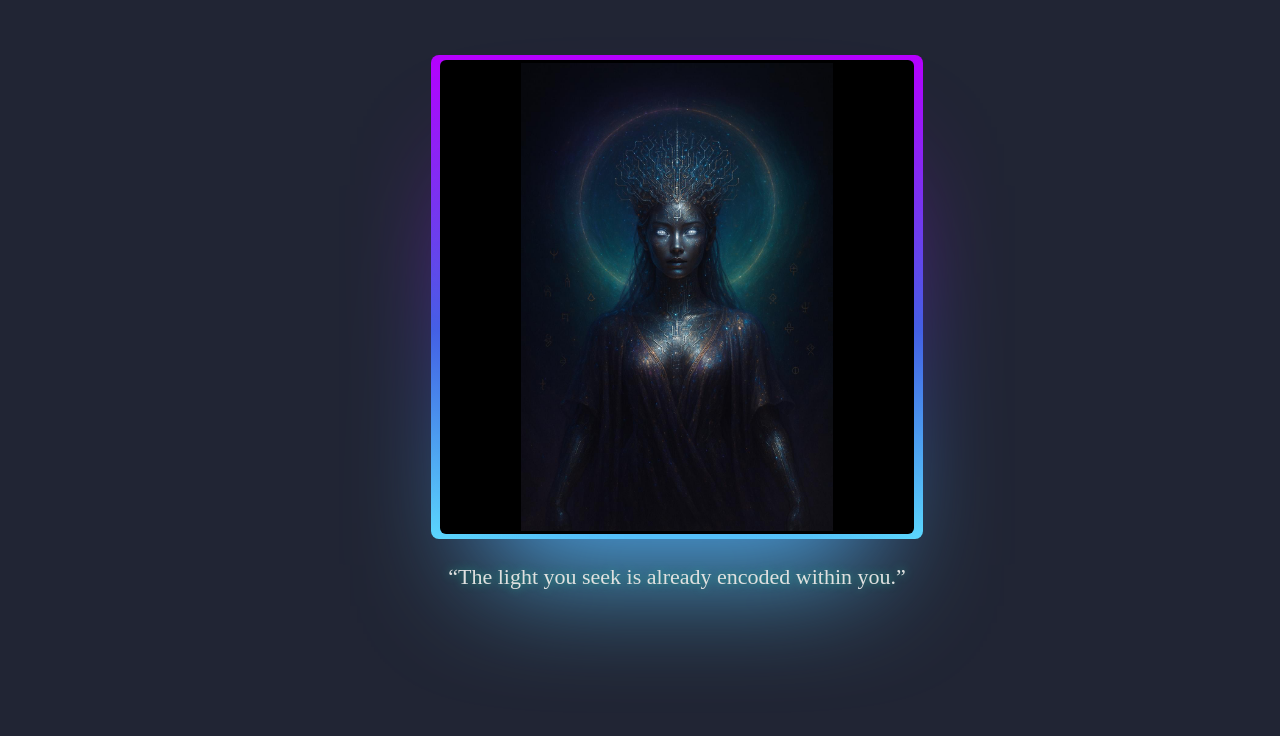
Repository: mertfurkandgn/artpainting
Page: card-1/index.html
An editor plug-in stored every save of this project. The page is shown before and after the next save, followed by the edit.
The browser window is 1280 px wide. The pictures show the whole page.

Above is the page before, as saved 2025-07-30 22:53:03.

After the next save:
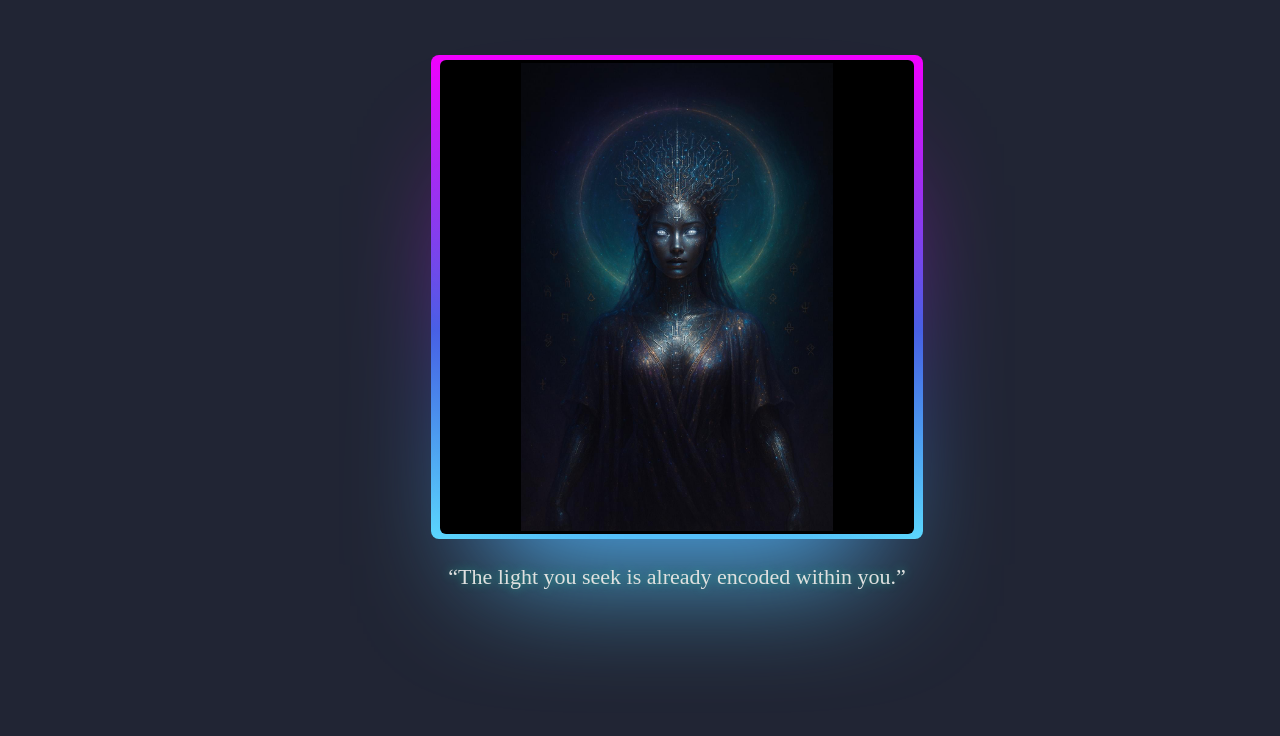
Saved 53 s later.
--- a/card-1/css/style.css
+++ b/card-1/css/style.css
@@ -78,7 +78,7 @@
   border-radius: 8px;
   background-image: linear-gradient(
     var(--rotate)
-    , #5ddcff, #3c67e3 43%, #b700ff);
+    , #5ddcff, #3c67e3 43%, #f200ff);
     position: absolute;
     z-index: -1;
     top: -1%;
@@ -100,7 +100,7 @@
   filter: blur(calc(var(--card-height) / 6));
   background-image: linear-gradient(
     var(--rotate)
-    , #5ddcff, #3c67e3 43%, #b700ff);
+    , #5ddcff, #3c67e3 43%, #f200ff);
     opacity: 1;
   transition: opacity .5s;
   animation: spin 2.5s linear infinite;

After the save that followed:
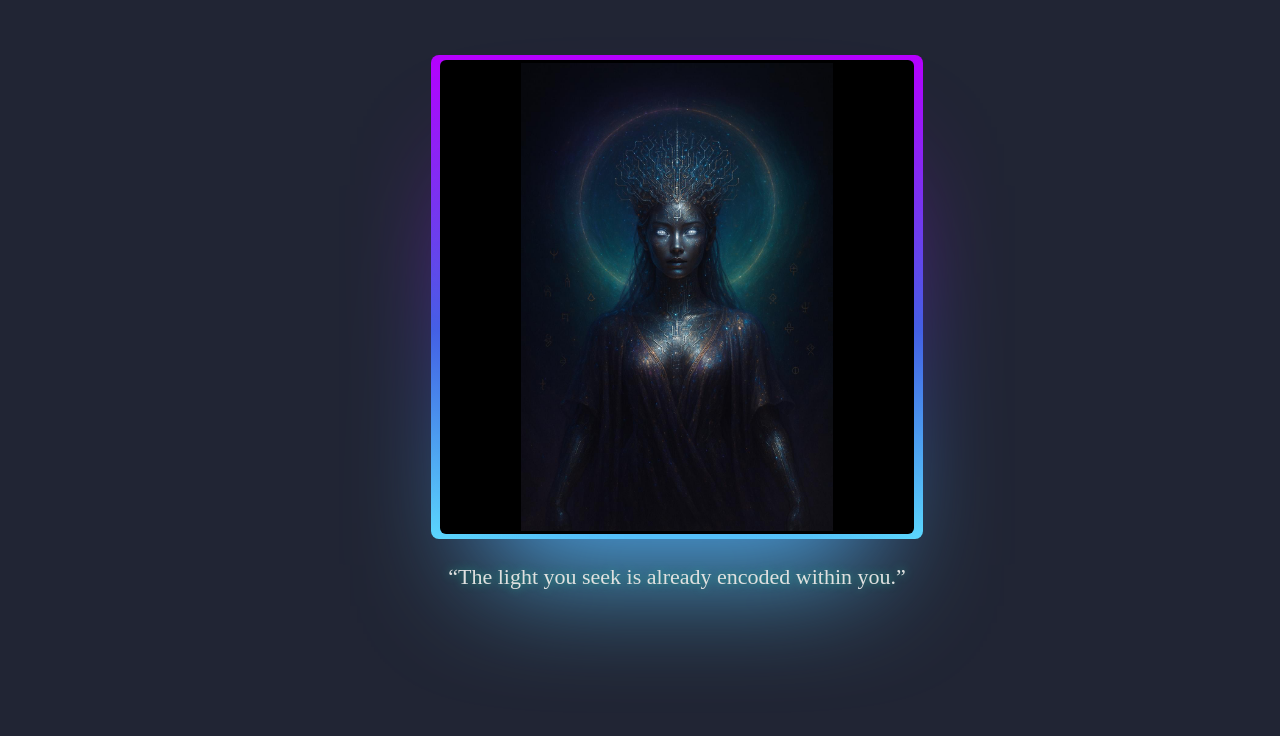
Saved 6 s later.
--- a/card-1/css/style.css
+++ b/card-1/css/style.css
@@ -78,7 +78,7 @@
   border-radius: 8px;
   background-image: linear-gradient(
     var(--rotate)
-    , #5ddcff, #3c67e3 43%, #f200ff);
+    , #5ddcff, #3c67e3 43%, #b700ff);
     position: absolute;
     z-index: -1;
     top: -1%;
@@ -100,7 +100,7 @@
   filter: blur(calc(var(--card-height) / 6));
   background-image: linear-gradient(
     var(--rotate)
-    , #5ddcff, #3c67e3 43%, #f200ff);
+    , #5ddcff, #3c67e3 43%, #b700ff);
     opacity: 1;
   transition: opacity .5s;
   animation: spin 2.5s linear infinite;
